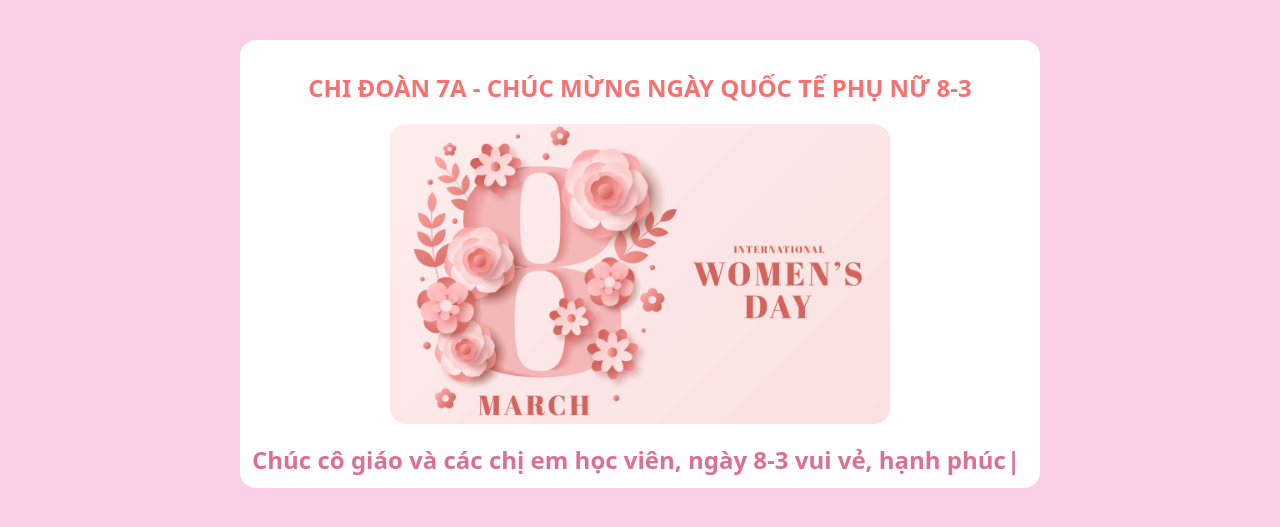
Repository: hoang0508/web-837A
Page: /
These files come from the project's save history. The page is drawn as it stood at one moment and after the next save; the edit follows.
The browser window is 1280 px wide. The pictures show the whole page.
Some web fonts or font styles are not loaded; a fallback is used. The project was rebuilt for these pictures with package versions that can differ from the ones it lists, and the page was loaded fresh each time. Also part of the build but not shown: vite.config.js.

Above is the page before, as saved 2025-02-28 19:06:27.

### index.html
<!DOCTYPE html>
<html lang="en">
  <head>
    <meta charset="UTF-8" />
    <link rel="icon" type="image/svg+xml" href="/vite.svg" />
    <meta name="viewport" content="width=device-width, initial-scale=1.0" />
    <link rel="preconnect" href="https://fonts.googleapis.com" />
    <link rel="preconnect" href="https://fonts.gstatic.com" crossorigin />
    <link
      href="https://fonts.googleapis.com/css2?family=Bai+Jamjuree:ital,wght@0,200;0,300;0,400;0,500;0,600;0,700;1,200;1,300;1,400;1,500;1,600;1,700&family=Montserrat:ital,wght@0,100..900;1,100..900&display=swap"
      rel="stylesheet"
    />
    <title>Vite + React</title>
  </head>
  <body>
    <div id="root"></div>
    <script type="module" src="/src/main.jsx"></script>
  </body>
</html>

### src/index.css
@import url("https://fonts.googleapis.com/css2?family=Bai+Jamjuree:ital,wght@0,200;0,300;0,400;0,500;0,600;0,700;1,200;1,300;1,400;1,500;1,600;1,700&family=Montserrat:ital,wght@0,100..900;1,100..900&display=swap");
@tailwind base;
@tailwind components;
@tailwind utilities;
*,
*:before,
*:after {
  box-sizing: border-box;
}

img,
picture,
svg,
video {
  display: block;
  max-width: 100%;
}
input,
select,
textarea {
  background-color: transparent;
  outline: none;
}
button {
  cursor: pointer;
  background-color: transparent;
  outline: none;
  border: 0;
}
body {
  min-height: 100vh;
  font-weight: 400;
  font-size: 16px;
  line-height: 1;
}

.Typewriter {
  margin-top: 20px;
  color: palevioletred;
}

### src/App.jsx
import { useState } from "react";
import reactLogo from "./assets/react.svg";
import anh83 from "./assets/anh832.png";
import Typewriter from "typewriter-effect";

import "./index.css";

function App() {
  const [count, setCount] = useState(0);

  return (
    <>
      <div className="text-2xl font-bold  bg-pink-200 min-h-screen p-10">
        <div className="bg-white shadow-3xl w-[800px] p-3 my-0 mx-auto rounded-2xl">
          <h1 className="text-center text-red-400 p-5 uppercase">
            Chi đoàn 7A - CHÚC MỪNG NGÀY QUỐC TẾ PHỤ NỮ 8-3
          </h1>
          <div className="mx-auto w-[500px] h-[300px]">
            <img
              src={anh83}
              alt="##"
              className="w-full h-full object-cover rounded-2xl"
            />
          </div>
          <Typewriter
            options={{
              strings: [
                `${"Chúc cô giáo và các chị em học viên, ngày 8-3 vui vẻ, hạnh phúc, luôn mạnh khỏe và thành công! 🌸💐❤️❤️❤️💰"}`,
              ],
              delay: 75,
              autoStart: true,
              loop: true,
            }}
          />
        </div>
      </div>
    </>
  );
}

export default App;

### tailwind.config.js
/** @type {import('tailwindcss').Config} */
export default {
  content: ["./index.html", "./src/**/*.{js,ts,jsx,tsx}"],
  theme: {
    extend: {
      keyframes: {
        typing: {
          "0%": {
            width: "0%",
            visibility: "hidden",
          },
          "100%": {
            width: "100%",
          },
        },
        blink: {
          "50%": {
            borderColor: "transparent",
          },
          "100%": {
            borderColor: "white",
          },
        },
      },
      animation: {
        typing: "typing 5s steps(40) infinite alternate, blink .10s infinite",
      },
    },
  },
  plugins: [],
};

Loaded but not shown: src/main.jsx (common file)

After the next save:
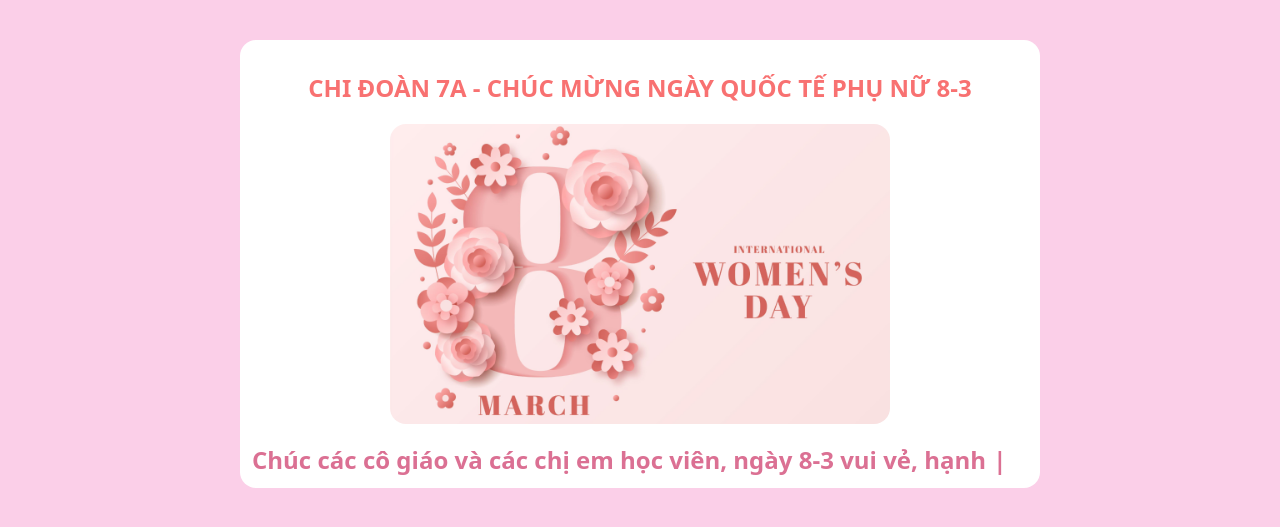
Saved 5 s later.
--- a/src/App.jsx
+++ b/src/App.jsx
@@ -25,7 +25,7 @@ function App() {
           <Typewriter
             options={{
               strings: [
-                `${"Chúc cô giáo và các chị em học viên, ngày 8-3 vui vẻ, hạnh phúc, luôn mạnh khỏe và thành công! 🌸💐❤️❤️❤️💰"}`,
+                `${"Chúc các cô giáo và các chị em học viên, ngày 8-3 vui vẻ, hạnh phúc, luôn mạnh khỏe và thành công! 🌸💐❤️❤️❤️💰"}`,
               ],
               delay: 75,
               autoStart: true,
